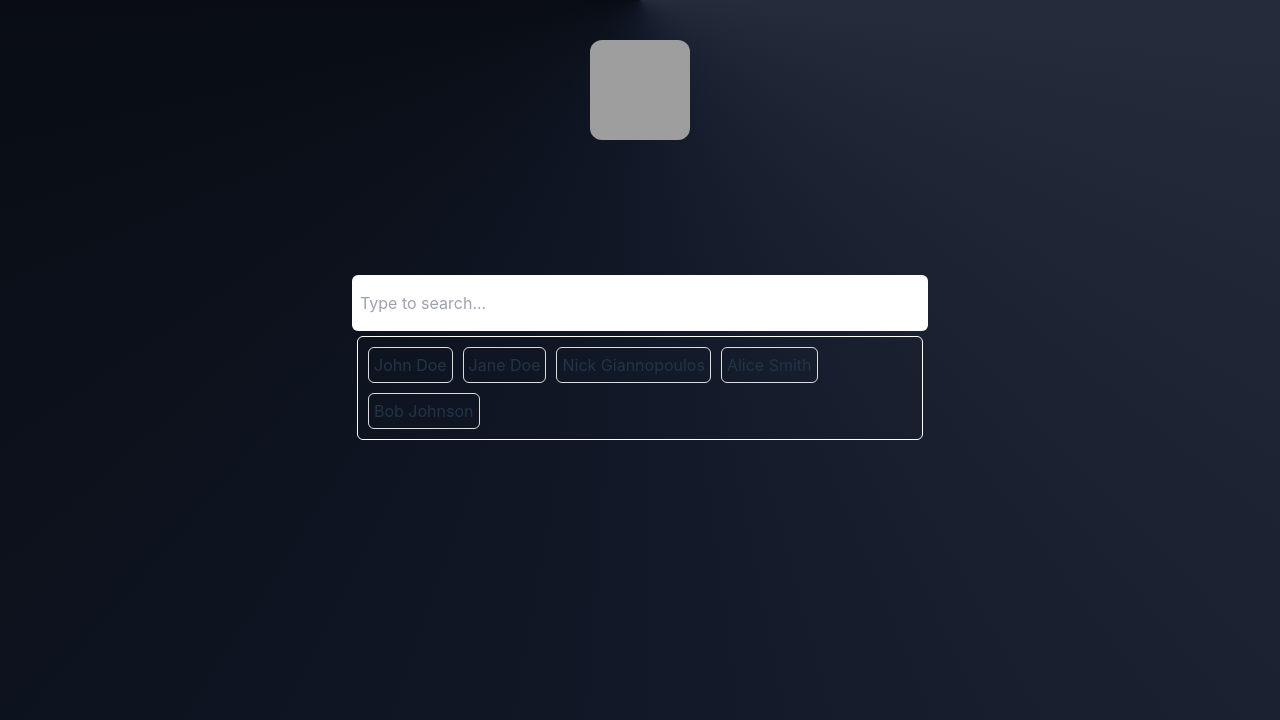
Repository: Ayansaxena24/Chip
Page: /
An editor plug-in stored every save of this project. The page is shown before and after the next save, followed by the edit.
The browser window is 1280 px wide. The pictures show the whole page.
Pictures or frames that could not be fetched are drawn as grey boxes. Some web libraries are served in a nearby version. The project was rebuilt for these pictures with package versions that can differ from the ones it lists, and the page was loaded fresh each time. Also part of the build but not shown: vite.config.ts, src/ChipInput.css.

Above is the page before, as saved 2024-01-16 22:14:46.

After the next save:
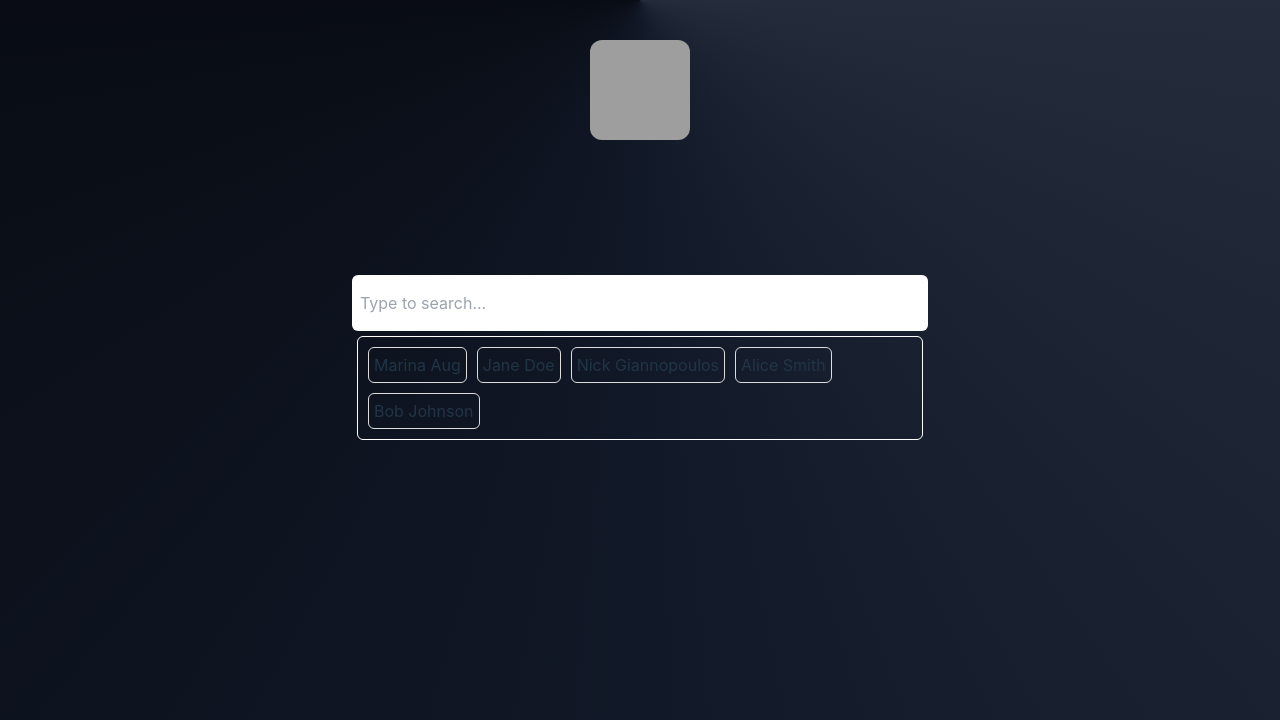
Saved 2 min 15 s later.
--- a/src/ChipInput.tsx
+++ b/src/ChipInput.tsx
@@ -15,7 +15,7 @@ const ChipInput: React.FC = () => {
   const inputRef = useRef<HTMLInputElement>(null);
 
   const items = [
-    "John Doe",
+    "Marina Aug",
     "Jane Doe",
     "Nick Giannopoulos",
     "Alice Smith",
